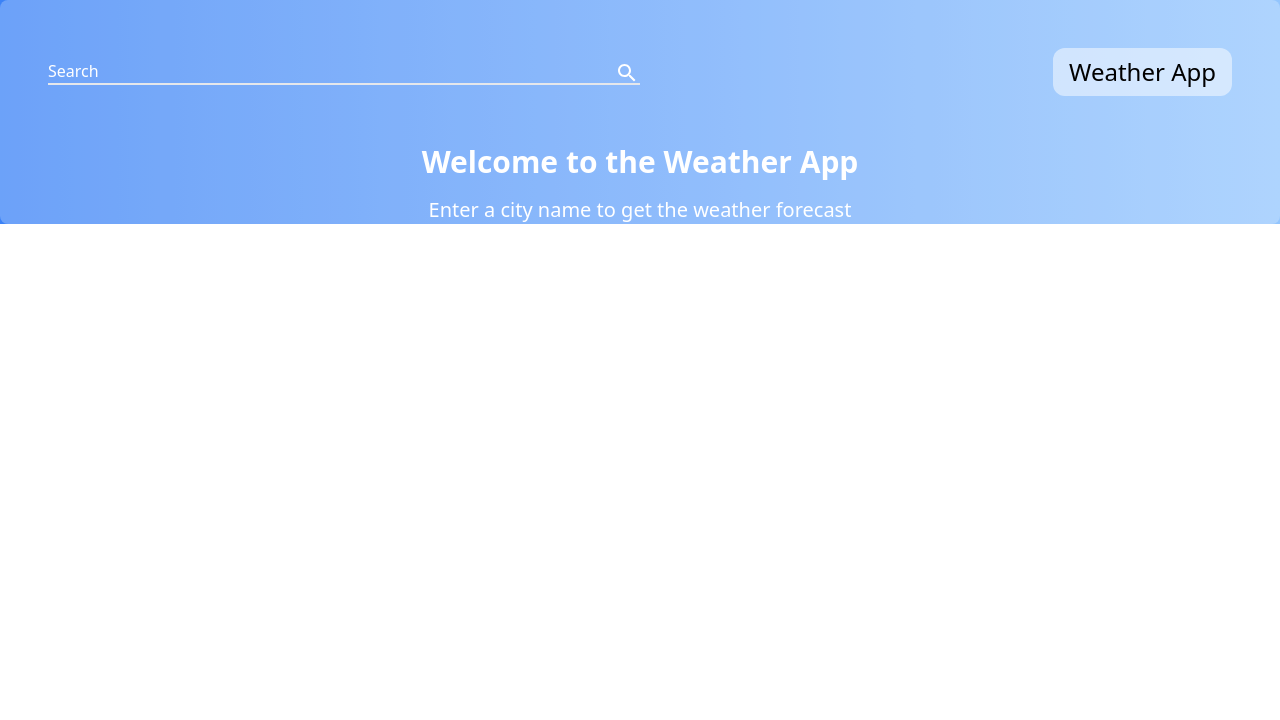
Repository: DevAntonioRogers/react-weatherapp-v2
Page: /
These files come from the project's save history. The page is drawn as it stood at one moment and after the next save; the edit follows.
The browser window is 1280 px wide. The pictures show the whole page.
The project was rebuilt for these pictures with package versions that can differ from the ones it lists, and the page was loaded fresh each time. The framework's server and built-in components were replaced by stand-ins that run in the browser. Also part of the build but not shown: next.config.js, app/utils/currentDate.tsx, app/components/Current.tsx, app/components/WeekForecast.tsx. Imported but missing from the stored project, and not drawn on this page: app/components/WeatherDetails.

Above is the page before, as saved 2023-05-21 01:46:24.

After the next save:
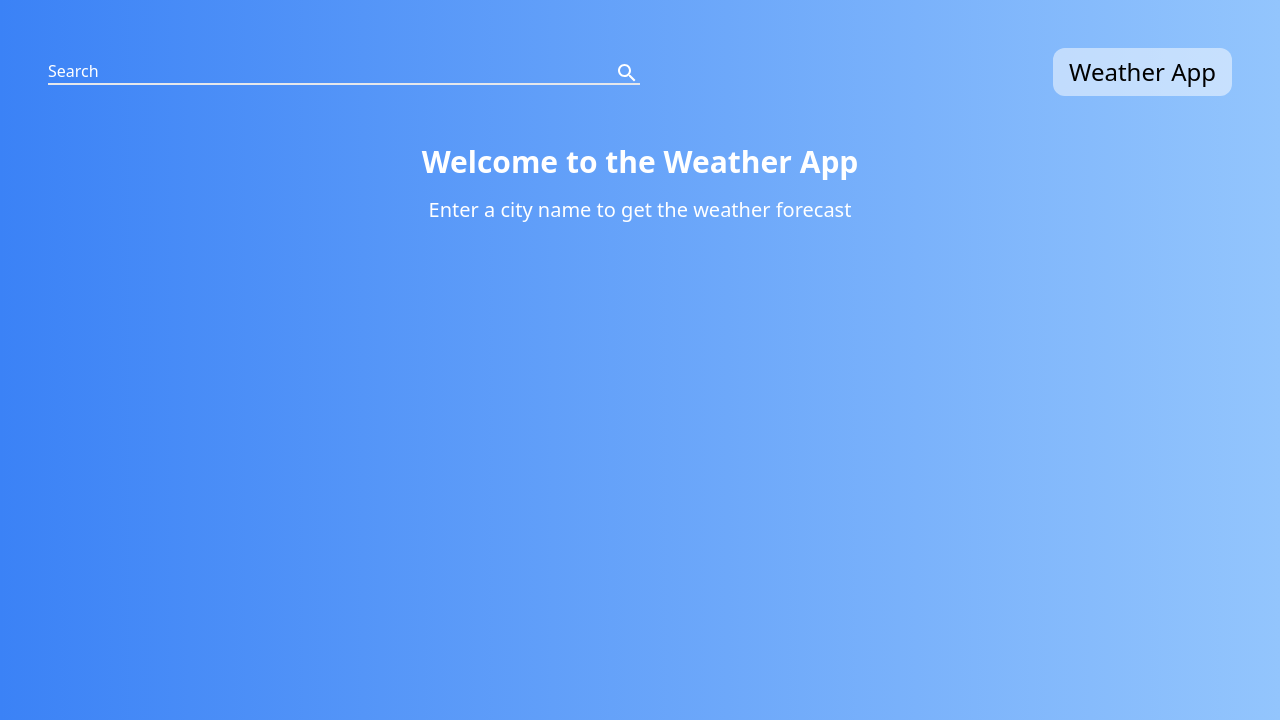
Saved 27 s later.
--- a/app/page.tsx
+++ b/app/page.tsx
@@ -61,8 +61,8 @@ export default function Home() {
   }
 
   return (
-    <div className="bg-cover bg-gradient-to-r from-blue-500 to-blue-300 h-fit">
-      <div className="bg-white/25 w-full rounded-lg flex flex-col h-fit">
+    <div className="bg-cover bg-gradient-to-r from-blue-500 to-blue-300 h-screen">
+      <div className="w-full rounded-lg flex flex-col h-fit">
         <div className="flex flex-col md:flex-row justify-between items-center p-12">
           <Input handleSearch={handleSearch} location={location} setLocation={setLocation} />
           <h1 className="mb-8 md:mb-0 order-1 bg-white/50 text-2xl py-2 px-4 rounded-xl">Weather App</h1>
